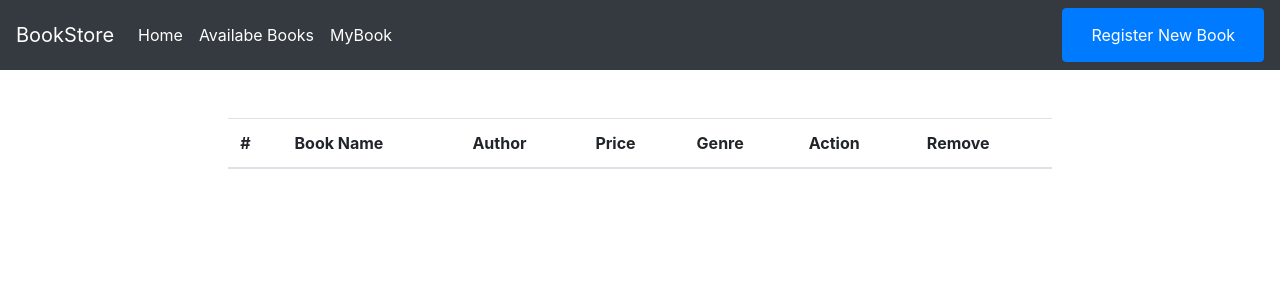
Repository: Sumanta-Sahoo/BookStoreApp
Page: http://localhost/availabeBooks
The author's editor kept a copy of each file at every save. The page is drawn from the files as they stood at one save, then again after the next save.
The browser window is 1280 px wide. The pictures show the whole page.
Some web libraries are served in a nearby version. The page is this project's Thymeleaf template; nobody is signed in. The template is opened directly, without the code that normally fills it, so the values that code supplies are empty.

Above is the page before, as saved 2024-03-19 13:16:09.

After the next save:
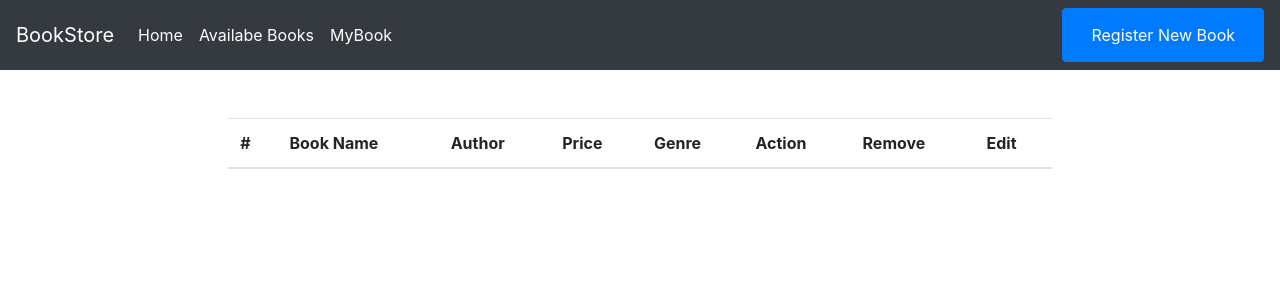
Saved 20 s later.
--- a/bookstore/src/main/resources/templates/availabeBooks.html
+++ b/bookstore/src/main/resources/templates/availabeBooks.html
@@ -54,6 +54,7 @@
 					<th scope="col">Genre</th>
 					<th scope="col">Action</th>
 					<th scope="col">Remove</th>
+					<th scope="col">Edit</th>
 				</tr>
 			</thead>
 			<tbody>
